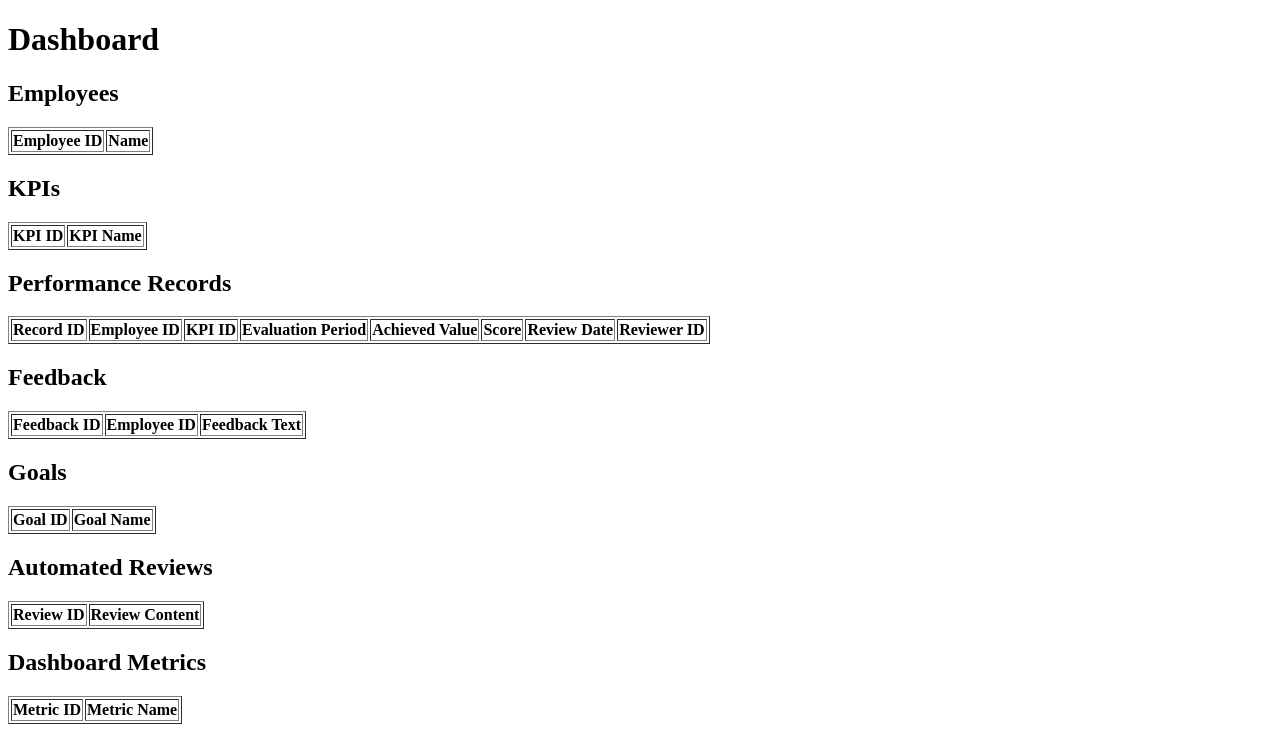
Repository: Wuda2000/Mongodb
Page: http://localhost/dashboard
An editor plug-in stored every save of this project. The page is shown before and after the next save, followed by the edit.
The browser window is 1280 px wide. The pictures show the whole page.
The page is served by the project's application, run on Flask 3 (app.py). Queries for data that is not in the repository find no rows.

Above is the page before, as saved 2024-11-11 18:17:54.

After the next save:
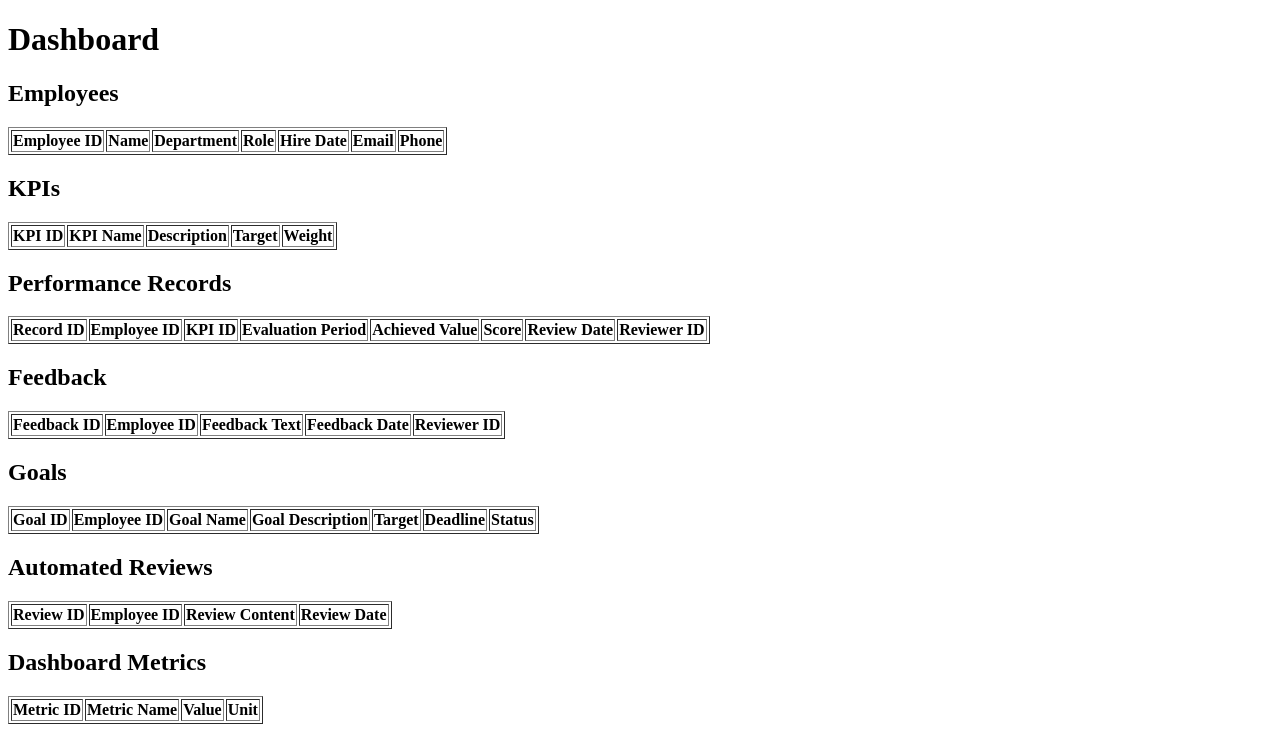
Saved 103 s later.
--- a/templates/dashboard.html
+++ b/templates/dashboard.html
@@ -15,7 +15,11 @@
             <tr>
                 <th>Employee ID</th>
                 <th>Name</th>
-                <!-- Add other fields as necessary -->
+                <th>Department</th>
+                <th>Role</th>
+                <th>Hire Date</th>
+                <th>Email</th>
+                <th>Phone</th>
             </tr>
         </thead>
         <tbody>
@@ -23,7 +27,11 @@
                 <tr>
                     <td>{{ employee['Employee ID'] }}</td>
                     <td>{{ employee['Name'] }}</td>
-                    <!-- Add other fields as necessary -->
+                    <td>{{ employee['Department'] }}</td>
+                    <td>{{ employee['Role'] }}</td>
+                    <td>{{ employee['Hire Date'] }}</td>
+                    <td>{{ employee['Email'] }}</td>
+                    <td>{{ employee['Phone'] }}</td>
                 </tr>
             {% endfor %}
         </tbody>
@@ -36,7 +44,9 @@
             <tr>
                 <th>KPI ID</th>
                 <th>KPI Name</th>
-                <!-- Add other fields as necessary -->
+                <th>Description</th>
+                <th>Target</th>
+                <th>Weight</th>
             </tr>
         </thead>
         <tbody>
@@ -44,7 +54,9 @@
                 <tr>
                     <td>{{ kpi['KPI ID'] }}</td>
                     <td>{{ kpi['KPI Name'] }}</td>
-                    <!-- Add other fields as necessary -->
+                    <td>{{ kpi['Description'] }}</td>
+                    <td>{{ kpi['Target'] }}</td>
+                    <td>{{ kpi['Weight'] }}</td>
                 </tr>
             {% endfor %}
         </tbody>
@@ -89,7 +101,8 @@
                 <th>Feedback ID</th>
                 <th>Employee ID</th>
                 <th>Feedback Text</th>
-                <!-- Add other fields as necessary -->
+                <th>Feedback Date</th>
+                <th>Reviewer ID</th>
             </tr>
         </thead>
         <tbody>
@@ -98,6 +111,8 @@
                     <td>{{ feedback['Feedback ID'] }}</td>
                     <td>{{ feedback['Employee ID'] }}</td>
                     <td>{{ feedback['Feedback Text'] }}</td>
+                    <td>{{ feedback['Feedback Date'] }}</td>
+                    <td>{{ feedback['Reviewer ID'] }}</td>
                 </tr>
             {% endfor %}
         </tbody>
@@ -109,15 +124,24 @@
         <thead>
             <tr>
                 <th>Goal ID</th>
+                <th>Employee ID</th>
                 <th>Goal Name</th>
-                <!-- Add other fields as necessary -->
+                <th>Goal Description</th>
+                <th>Target</th>
+                <th>Deadline</th>
+                <th>Status</th>
             </tr>
         </thead>
         <tbody>
             {% for goal in goals %}
                 <tr>
                     <td>{{ goal['Goal ID'] }}</td>
+                    <td>{{ goal['Employee ID'] }}</td>
                     <td>{{ goal['Goal Name'] }}</td>
+                    <td>{{ goal['Goal Description'] }}</td>
+                    <td>{{ goal['Target'] }}</td>
+                    <td>{{ goal['Deadline'] }}</td>
+                    <td>{{ goal['Status'] }}</td>
                 </tr>
             {% endfor %}
         </tbody>
@@ -129,15 +153,18 @@
         <thead>
             <tr>
                 <th>Review ID</th>
+                <th>Employee ID</th>
                 <th>Review Content</th>
-                <!-- Add other fields as necessary -->
+                <th>Review Date</th>
             </tr>
         </thead>
         <tbody>
             {% for review in automated_reviews %}
                 <tr>
                     <td>{{ review['Review ID'] }}</td>
+                    <td>{{ review['Employee ID'] }}</td>
                     <td>{{ review['Review Content'] }}</td>
+                    <td>{{ review['Review Date'] }}</td>
                 </tr>
             {% endfor %}
         </tbody>
@@ -150,7 +177,8 @@
             <tr>
                 <th>Metric ID</th>
                 <th>Metric Name</th>
-                <!-- Add other fields as necessary -->
+                <th>Value</th>
+                <th>Unit</th>
             </tr>
         </thead>
         <tbody>
@@ -158,9 +186,12 @@
                 <tr>
                     <td>{{ metric['Metric ID'] }}</td>
                     <td>{{ metric['Metric Name'] }}</td>
+                    <td>{{ metric['Value'] }}</td>
+                    <td>{{ metric['Unit'] }}</td>
                 </tr>
             {% endfor %}
         </tbody>
     </table>
+
 </body>
 </html>
